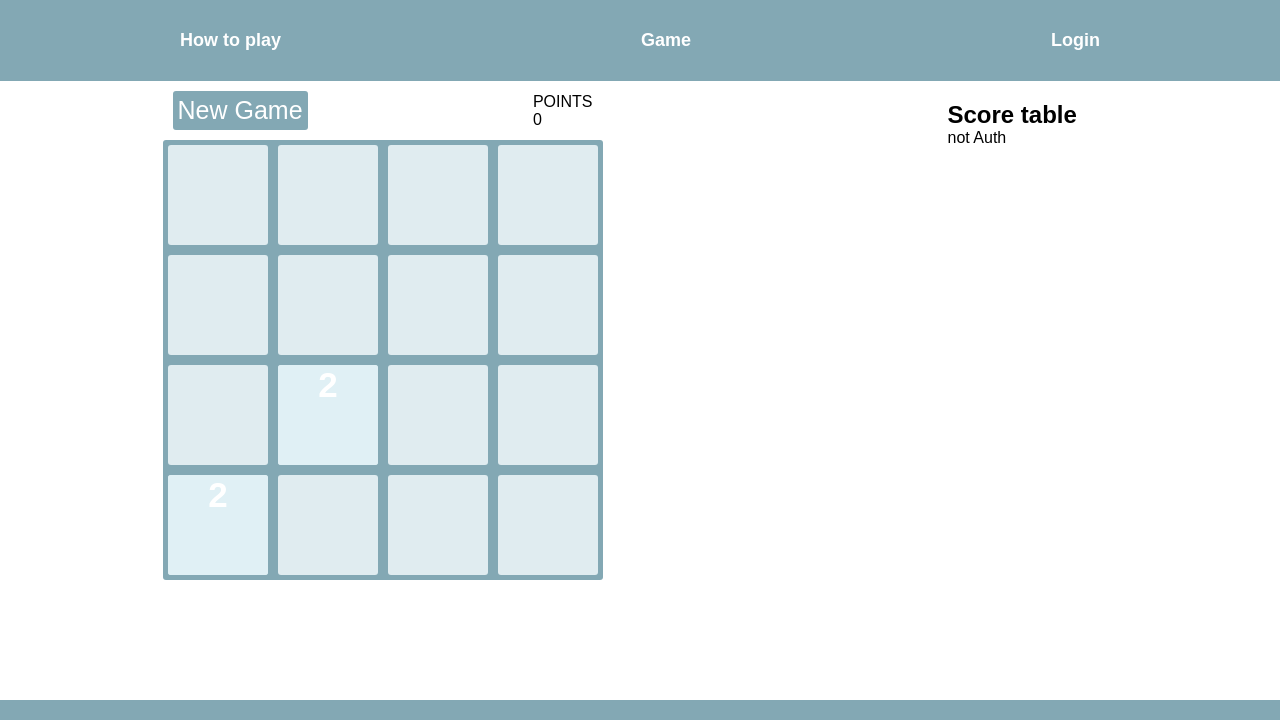
Repository: nika-otter/2048
Page: / (app in client/)
These files come from the project's save history. The page is drawn as it stood at one moment and after the next save; the edit follows.
The browser window is 1280 px wide. The pictures show the whole page.
The project was rebuilt for these pictures with package versions that can differ from the ones it lists, and the page was loaded fresh each time. Also part of the build but not shown: client/src/components/Login/LoginForm.js, client/src/pages/account/index.jsx, client/src/components/Game/GameOverlay.jsx, client/src/components/InstructionPage/InstructionPage.module.scss, client/src/components/HowToPlay/howtoplay.module.scss, client/src/components/HowToPlay/howtoplay.jsx, client/src/components/InstructionPage/InstructionPage.jsx, client/src/pages/Instruction/index.jsx and 4 more.

Above is the page before, as saved 2023-05-01 19:30:03.

### client/src/index.js
import React from "react";
import ReactDOM from "react-dom/client";
import "./index.css";
import App from "./App";
import { BrowserRouter } from "react-router-dom";
import Store from "./store/store";

const store = new Store();

export const Context = React.createContext({
  store,
});

const root = ReactDOM.createRoot(document.getElementById("root"));
root.render(
  <Context.Provider value={{ store }}>
    <BrowserRouter>
      <App />
    </BrowserRouter>
  </Context.Provider>
);

### client/src/index.css
* {
  box-sizing: border-box;
  margin: 0;
  padding: 0;
}
#root {
  width: 100vw;
  height: 100%;
}

body {
  /* background-color: #ffffff;
  display: flex;
  justify-content: center;
  align-items: center;*/
  /* height: 100vh; */
  height: 100%;
}
html {
  height: 100%;
}
code {
  font-family: source-code-pro, Menlo, Monaco, Consolas, "Courier New",
    monospace;
}

### client/src/App.js
import { useContext, useEffect, useState } from "react";
import "./App.css";
import LoginForm from "./components/Login/LoginForm";
import AppRouter from "./router/AppRouter";
import { Context } from "./index";
import { observer } from "mobx-react-lite";
import UserService from "./services/UserService";
function App() {
  // const { store } = useContext(Context);
  // const [users, setUsers] = useState([]);
  // useEffect(() => {
  //   if (localStorage.getItem("token")) {
  //     // console.log(localStorage.getItem("token"));
  //     store.checkAuth();
  //   }
  // }, []);

  // if (store.isLoading) {
  //   return <div>Loading...</div>;
  // }
  // async function getUsers() {
  //   try {
  //     const response = await UserService.fetchUsers();
  //     setUsers(response.data);
  //     console.log(response);
  //     setUsers(response.data);
  //   } catch {}
  // }
  return (
    <div className="App">
      <AppRouter />
      {/* <h1>{store.isAuth ? `User: ${store.user.email}` : "Not Auth"}</h1>
      <h1>
        {" "}
        {store.user.isActivated ? `Activated` : "Go and activate your email"}
      </h1>
      <button onClick={() => store.logout()}>Logout</button>
      <button onClick={getUsers}>Get users</button>
      {users.map((user) => (
        <div key={user.email}>{user.email}</div>
      ))}      */}
      {/* <LoginForm /> */}
    </div>
  );
}

export default observer(App);

### client/src/App.css
.App {
  /* position: relative; */
  display: flex;
  flex-direction: column;
  height: 100%;
  /* background-color: rgb(188, 121, 39); */
}
/* main {
  flex: 1 0 auto;
} */

### client/src/router/AppRouter.jsx
import { Routes, Route } from "react-router-dom";
import Account from "../pages/Account";
import Game from "../pages/Game";
import Instruction from "../pages/Instruction";
import Login from "../pages/Login";

const AppRouter = () => {
  return (
    <Routes>
      {/* <Route path="/game" element={<Game />} /> */}
      {/* <Route path="/account" element={<Account />} /> */}
      <Route path="/how-to-play" element={<Instruction />} />
      <Route path="/" element={<Game />} />
      <Route path="/login" element={<Login />} />
    </Routes>
  );
};

export default AppRouter;

### client/src/services/UserService.js
import $api from "../http";
export default class UserService {
  static fetchUsers() {
    return $api.get("/users");
  }

  static updateScore(email, score) {
    return $api.post(`/score`, { email, score });
  }

  static async getScores(email) {
    return $api.post(`/scores`, { email });
  }
}

### client/src/services/AuthService.js
import $api from "../http";
export default class AuthService {
  static async login(email, password) {
    return $api.post("/login", { email, password });
  }
  static async registration(email, password) {
    return $api.post("/registration", { email, password });
  }
  static async logout() {
    return $api.post("/logout");
  }
}

### client/src/http/index.js
import axios from "axios";

export const API_URL = "http://localhost:5000/api";

const $api = axios.create({
  withCredentials: true,
  baseURL: API_URL,
});

$api.interceptors.request.use((config) => {
  config.headers.Authorization = `Bearer ${localStorage.getItem("token")}`;
  return config;
});

$api.interceptors.response.use(
  (config) => {
    return config;
  },
  async (error) => {
    const originalRequest = error.config;
    if (
      error.response.status === 401 &&
      error.config &&
      !error.config._isRetry
    ) {
      originalRequest._isRetry = true;
      try {
        const response = await axios.get(`${API_URL}/refresh`, {
          withCredentials: true,
        });
        console.log(response, "response http");
        localStorage.setItem("token", response.data.accessToken);
        return $api.request(originalRequest);
      } catch (e) {
        console.log(e);
        console.log("НЕ АВТОРИЗОВАН");
      }
    }
    throw error;
  }
);
export default $api;

### client/src/pages/Game/index.jsx
import Header from "../../components/Header/Header";
import Footer from "../../components/Footer/Footer";
import GamePage from "../../components/GamePage/GamePage";

function Game() {
  return (
    <>
      <Header />
      <GamePage />
      <Footer />
    </>
  );
}

export default Game;

### client/src/components/Footer/Footer.jsx
import classes from "./Footer.module.scss";

function Footer() {
  return <footer className={classes.footer}></footer>;
}

export default Footer;

### client/src/components/Header/Header.jsx
import { Link } from "react-router-dom";
import classes from "./Header.module.scss";

function Header() {
  return (
    <header className={classes.header}>
      <Link className={classes.link} to="/how-to-play">
        How to play
      </Link>
      <Link className={classes.link} to="/">
        Game
      </Link>
      <Link className={classes.link} to="/login">
        Login
      </Link>
    </header>
  );
}

export default Header;

### client/src/components/GamePage/GamePage.jsx
import { Link } from "react-router-dom";
import classes from "./GamePage.module.scss";
import ScoreTable from "../ScoreTable/ScoreTable";
import BoardView from "../Game/Board";
import { observer } from "mobx-react-lite";
import { useContext, useEffect } from "react";
import { Context } from "../..";

function GamePage() {
  return (
    <main className={classes.main}>
      <div className={classes.gamepage}>
        <BoardView />
        <ScoreTable />
      </div>
    </main>
  );
}

export default observer(GamePage);

### client/src/components/Footer/Footer.module.scss
.footer {
  flex: 0 0 auto;
  height: 20px;
  background-color: rgb(131, 168, 180);
  width: 100%;
}

### client/src/components/Header/Header.module.scss
.header {
  display: flex;
  justify-content: space-around;
  background-color: #83a8b4;
  width: 100%;
}
.link {
  color: white;
  text-decoration: none;
  font-size: large;
  margin-top: 20px;
  margin-bottom: 20px;
  padding: 10px;
  font-weight: bold;
  border-radius: 5px;
  &:hover {
    color: rgb(106, 134, 144);
    background-color: rgb(255, 255, 255);
  }
}

### client/src/components/GamePage/GamePage.module.scss
.gamepage {
  display: flex;
  justify-content: space-around;
  //   background-color: aquamarine;
}
.main {
  flex: 1 0 auto;
}

### client/src/components/ScoreTable/ScoreTable.jsx
import { useContext, useEffect, useState } from "react";
import classes from "./ScoreTable.module.scss";
import { Context } from "../..";
import UserService from "../../services/UserService";
import { observer } from "mobx-react-lite";

function ScoreTable() {
  // const { store } = useContext(Context);
  // const [scores, setScores] = useState([]);

  // useEffect(() => {
  //   if (localStorage.getItem("token")) {
  //     console.log(localStorage.getItem("token"), "token from login index.jsx");
  //     store.checkAuth();
  //     getScores(store.user.email);
  //   }
  //   console.log(store.user.email, "store.user.email in ScoreTable.jsx");
  // }, []);

  // const getScores = async (email) => {
  //   console.log(email, "email in ScoreTable.jsx");
  //   try {
  //     const response = await UserService.getScores(email);
  //     setScores(response.data.scores, "response from getScores ScoreTable.jsx");
  //     console.log(response);
  //   } catch {
  //     console.log("Error");
  //   }
  // };
  // console.log(scores, "store.user in ScoreTable.jsx");

  const { store } = useContext(Context);
  // const [scores, setScores] = useState([]);
  // console.log(store.user.scores, "store.user from login index.jsx");
  useEffect(() => {
    if (localStorage.getItem("token")) {
      console.log(localStorage.getItem("token"), "token from login index.jsx");
      store.checkAuth();
    }
    console.log(store.user.email, "store.user.email in ScoreTable.jsx");
    // getScores(store.user.email);
  }, [store]);

  // async function getScores(email) {
  //   console.log(email, "email from getScores");
  //   try {
  //     const response = await UserService.getScores(email);
  //     // setUsers(response.data);
  //     console.log(response, "response from getScores");
  //     // console.log(response.data.data.user.scores, "response.data.user.scores");
  //     // setScores(response.data.scores);
  //   } catch (e) {
  //     console.log(e, "Error");
  //   }
  // }
  if (store.isLoading) {
    console.log(store.isLoading, "store.isLoading");
    return <div className={classes.loading}>Loading...</div>;
  }
  return (
    <div className={classes.scoretable}>
      <h2>Score table</h2>
      {/* <button onClick={() => getScores(store.user.email)}>Get scores</button> */}
      {/* {store.isAuth ? (
        scores.map((score) => <div key={score}>{score}</div>)
      ) : (
        <div>loading</div>
      )} */}
      <ul>
        {store.isAuth ? (
          store.user.scores
            .map((score) => ({
              score,
              id: Math.random(),
            }))
            .sort((a, b) => b.score - a.score)
            .slice(0, 10)
            .map((item) => <li key={item.id}>{item.score}</li>)
        ) : (
          <div>not Auth</div>
        )}
      </ul>

      {/* <button onClick={getScores}>dddmdmd</button> */}

      {/* {scores.map((score) => (
        <div>{score}</div>
      ))} */}
    </div>
  );
}

export default observer(ScoreTable);

### client/src/components/Game/Board.jsx
import React, { useContext, useEffect, useState } from "react";
import Tile from "./Tile";
import Cell from "./Cell";
import { Board } from "../../helper";
import useEvent from "../../hooks/useEvent";
import GameOverlay from "./GameOverlay";
import "./Board.scss";
import { Context } from "../..";
import UserService from "../../services/UserService";
const BoardView = () => {
  const { store } = useContext(Context);
  const [board, setBoard] = useState(new Board());

  // useEffect(() => {
  //   const checkAuth = async () => {
  //     if (localStorage.getItem("token")) {
  //       console.log(localStorage.getItem("token"), "token from login index.jsx");
  //       await store.checkAuth();
  //     }
  //   };
  //   checkAuth();
  //   console.log(store.user.email, "store.user.email in ScoreTable.jsx");
  //   // getScores(store.user.email);
  // }, [resetGame]);

  const handleKeyDown = (event) => {
    if (board.hasWon()) {
      console.log("You won!");
      return;
    } //потім вернути треба

    if (event.keyCode >= 37 && event.keyCode <= 40) {
      let direction = event.keyCode - 37;
      let boardClone = Object.assign(Object.create(board), board);
      // let boardClone = Object.assign(
      //   Object.create(Object.getPrototypeOf(board)),
      //   board
      // ); // теж саме що і вище
      let newBoard = boardClone.move(direction);
      setBoard(newBoard);
    }
  };

  useEvent("keydown", handleKeyDown);

  const cells = board.cells.map((row, rowIndex) => {
    return (
      <div key={rowIndex}>
        {row.map((col, colIndex) => {
          return <Cell key={rowIndex * board.size + colIndex} />;
        })}
      </div>
    );
  }); //робить клітинки нічого серйозного

  const tiles = board.tiles
    .filter((tile) => tile.value !== 0)
    .map((tile, index) => {
      return <Tile tile={tile} key={index} />;
    });

  const saveScore = async (email, score) => {
    try {
      const response = await UserService.updateScore(email, score);
      console.log(response, "response from saveScore ");
    } catch {
      console.log("Error");
    }
  };
  const resetGame = async () => {
    console.log(
      store.user.email,
      board.score,
      "store.user.email board.score from BoardView.jsx"
    );
    if (board.score > 0) {
      await saveScore(store.user.email, board.score);
      store.checkAuth();
    }
    setBoard(new Board());
  };

  return (
    <div>
      <div className="details-box">
        <div className="resetButton" onClick={resetGame}>
          New Game
        </div>
        <div className="score-box">
          <div className="score-header">POINTS</div>
          <div>{board.score}</div>
        </div>
      </div>
      <div className="board">
        {cells}
        {tiles}
        <GameOverlay onRestart={resetGame} board={board} />
      </div>
    </div>
  );
};

export default BoardView;

### client/src/components/ScoreTable/ScoreTable.module.scss
.scoretable {
  margin: 20px;
  width: 150px;
}
.loading {
  width: 150px;
  margin: 20px;
}

### client/src/components/Game/Tile.jsx
import React from "react";
// import classes from "./Board.scss";
import "./Board.scss";
// import "./styles.scss";

const Tile = ({ tile, id }) => {
  console.log("tile");
  let classArray = ["tile"];
  classArray.push("tile" + tile.value);
  if (!tile.mergedInto) {
    classArray.push(`position_${tile.row}_${tile.column}`);
  }
  if (tile.mergedInto) {
    classArray.push("merged");
  }
  if (tile.isNew()) {
    classArray.push("new");
  }

  if (tile.hasMoved()) {
    classArray.push(`row_from_${tile.fromRow()}_to_${tile.toRow()}`);
    classArray.push(`column_from_${tile.fromColumn()}_to_${tile.toColumn()}`);
    classArray.push("isMoving");
  }
  //   if (tile.isRandom()) {
  //     classArray.push("random");
  //   }

  let styles = classArray.join(" ");
  return <span className={styles}>{tile.value}</span>;
};

export default Tile;

### client/src/components/Game/Cell.jsx
import React from "react";

const Cell = ({ id }) => {
  return <span className="cell"></span>;
};

export default Cell;

### client/src/hooks/useEvent.jsx
import { useEffect } from "react";

export default function useEvent(event, handler, passive = false) {
  useEffect(() => {
    window.addEventListener(event, handler, passive);

    return function cleanUp() {
      window.removeEventListener(event, handler, passive);
    };
  });
}

### client/src/components/Game/Board.scss
// @font-face {
//   font-family: "Clear Sans";
//   src: url("../src/clear-sans.ttf") format("truetype");
// }

body {
  display: flex;
  //   background: rgb(2,0,36);
  // background: linear-gradient(90deg, rgba(2,0,36,1) 0%, rgba(87,64,124,1) 47%, rgba(0,212,255,1) 100%);
  //   color: white;
  // flex-direction: column;
  // justify-content: center;
  // align-content: center;
  // align-items: center;
  font-family: "Clear Sans", sans-serif;
  // font-size: 21px;
}

.text {
  // order: 2;
  // padding-top: 40px;
  // width: 440px;
  // font-weight: bold;
}
// main {
//   min-height: 90vh;
// }

// .wrapper {
//   display: flex;
//   flex-direction: column;
//   height: 100%;
// }
// .content {
//   flex: 1 0 auto;
// }
// .footer {
//   flex: 0 0 auto;
// }

.board {
  // order: 1;
  // display: inline-block;

  display: block;
  // justify-content: center;
  margin-left: auto;
  margin-right: auto;
  width: 440px;
  height: 440px;
  // padding: 5px; //вернути треба
  background-color: rgb(131, 168, 180);
  border-radius: 3px;
  // outline: none;
  position: relative;
}

// .board .cell,
// .tile {
//   // user-select: none;
//   // cursor: default;
// }

.details-box {
  display: flex;
  align-items: center;
  padding: 10px;
  justify-content: space-between;
}

.resetButton {
  background-color: rgb(131, 168, 180);
  color: rgb(255, 255, 255);
  cursor: pointer;
  font-size: 25px;
  padding: 5px;
  border-radius: 3px;
  transition: color 0.3s ease, background-color 0.3s ease;
  &:hover {
    background-color: rgb(131, 168, 180);
    color: rgba(255, 255, 255, 1);
  }
}

.score-header {
  font-size: 1rem;
}

.score-box {
  background-color: rgb(131, 168, 180) 6;
  color: rgb(0, 0, 0);
  // min-width: 50px;
  // width: 70px;
  // padding: 5px 15px;
  border-radius: 3px;
}

.cell,
.tile {
  // display: inline-block;
  width: 100px;
  height: 100px;
  margin: 5px;
  // line-height: 90px;
  display: inline-block;
  font-size: 35px;
  font-weight: bold;
  text-align: center;
  vertical-align: middle;
  border-radius: 3px;
  // font-family: "Clear Sans";

  background-color: rgb(224, 236, 240);
}

.tile {
  color: rgb(255, 255, 255);
  background-color: aquamarine;
}

.tile0 {
  background-color: rgb(238, 247, 249);
}

.tile2 {
  background-color: rgb(224, 240, 245);
  // background-image: url(./assets/img/2.gif);
}

.tile4 {
  background-color: rgb(199, 221, 228);
  // background-image: url(./assets/img/4.gif);
}

.tile8 {
  background-color: rgb(187, 212, 220);
  // background-image: url(./assets/img/8.gif);
}

.tile16 {
  background-color: rgb(171, 195, 203);
  // background-image: url(./assets/img/16.gif);
}

.tile32 {
  background-color: rgb(140, 165, 174);
  // background-image: url(./assets/img/32.gif);
}

.tile64 {
  background-color: rgb(116, 144, 153);
  // background-image: url(./assets/img/64.gif);
}

.tile128 {
  background-color: rgb(98, 125, 134);
  // background-image: url(./assets/img/128.gif);
}

.tile256 {
  background-color: rgb(71, 91, 98);
  // background-image: url(./assets/img/256.gif);
  // font-size: 45px;
}

.tile512 {
  background-color: rgb(45, 68, 75);
  // background-image: url(./assets/img/512.gif);
  // font-size: 45px;
}

.tile1024 {
  background-color: rgb(40, 68, 78);
  // background-image: url(./assets/img/1024.gif);
  // font-size: 35px;
}

.tile2048 {
  position: absolute;
  background-size: contain;
  left: 0;
  right: 0;
  top: 0;
  bottom: 0;
  padding: 0px;
  background-color: rgb(12, 42, 52);
  // background-image: url(./assets/img/2048.gif);
  // font-size: 35px;
}

// .try-again {
//   z-index: 10;
//   height: 100px;
//   width: 100px;
//   // background-image: url(./assets/img/try-again.gif);
// }

.tile {
  position: absolute;
}

.tile.merged {
  display: none;
}

// .tile.merged.isMoving {
//   display: inline;
// }

.tile.new {
  animation-duration: 0.3s;
  animation-name: newTile;
  animation-fill-mode: forwards;
  // animation-delay: 0.15s;
  transform: scale(0);
}
// .tile.random {
//   animation-duration: 3s;
//   animation-name: newTile;
//   animation-fill-mode: forwards;
//   // animation-delay: 0.15s;
//   transform: scale(0);
// }

@keyframes newTile {
  from {
    transform: scale(0);
  }
  to {
    transform: scale(1);
  }
}

// .overlay {
//   position: absolute;
//   top: 0px;
//   bottom: 0px;
//   display: flex;
//   flex-direction: column;
//   align-items: center;
//   justify-content: center;
//   text-align: center;
//   left: 0px;
//   right: 0px;
//   font-size: 55px;
//   font-weight: bolder;
//   border-radius: 7px;
// }

// .tryAgain {
//   background-color: #876;
//   color: #fff;
//   height: 40px;
//   width: 200px;
//   font-size: 20px;
//   font-weight: bold;
//   cursor: pointer;
//   border: none;
//   border-radius: 5px;
//   border: 2px solid white;
// }

// .gameOver {
//   background-size: contain;
//   background-image: url(./assets/img/game-over.gif);
//   position: absolute;
//   top: 0;
//   right: 0;
//   bottom: 0;
//   left: 0;
//   z-index: 100;
//   text-align: center;
// }

.overlay .message {
  color: #666;
}

@for $row from 0 through 3 {
  @for $column from 0 through 3 {
    .position_#{$row}_#{$column}:not(.isMoving) {
      top: 110px * $row;
      left: 110px * $column;
    }
  }
}

@for $fromRow from 0 through 3 {
  @for $toRow from 0 through 3 {
    $name: row_from_#{$fromRow}_to_#{$toRow};

    @if $fromRow == $toRow {
      .#{$name} {
        top: 110px * $toRow;
      }
    } @else {
      .#{$name} {
        animation-duration: 0.2s;
        animation-name: $name;
        animation-fill-mode: forwards;
      }

      @keyframes #{$name} {
        from {
          top: 110px * $fromRow;
        }
        to {
          top: 110px * $toRow;
        }
      }
    }
  }
}

@for $fromColumn from 0 through 3 {
  @for $toColumn from 0 through 3 {
    $name: column_from_#{$fromColumn}_to_#{$toColumn};

    @if $fromColumn == $toColumn {
      .#{$name} {
        left: 110px * $toColumn;
      }
    } @else {
      .#{$name} {
        animation-duration: 0.2s;
        animation-name: $name;
        animation-fill-mode: forwards;
      }

      @keyframes #{$name} {
        from {
          left: 110px * $fromColumn;
        }
        to {
          left: 110px * $toColumn;
        }
      }
    }
  }
}

Loaded but not shown: client/public/index.html (common file); client/src/helper/index.js (231 lines, source omitted); client/src/store/store.js (113 lines, source omitted)

After the next save:
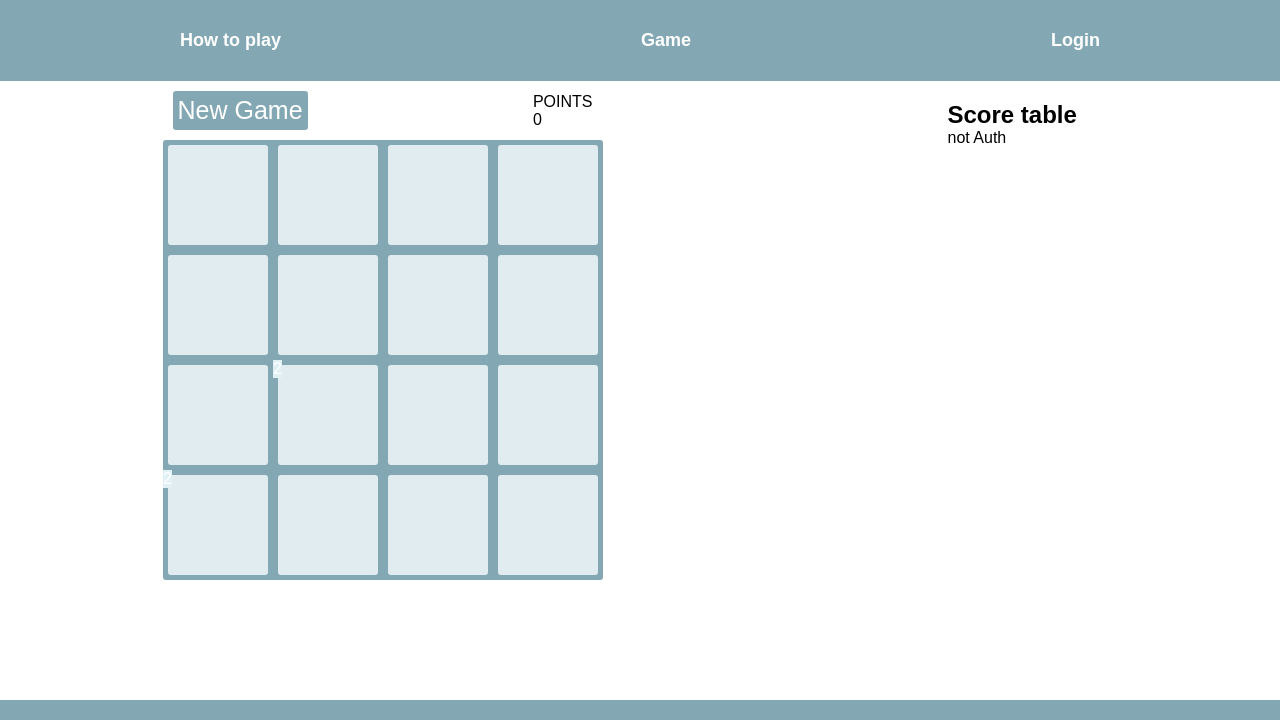
Saved 2 min 49 s later.
--- a/client/src/components/Game/Board.scss
+++ b/client/src/components/Game/Board.scss
@@ -95,8 +95,7 @@
   border-radius: 3px;
 }
 
-.cell,
-.tile {
+.cell {
   // display: inline-block;
   width: 100px;
   height: 100px;

After the save that followed:
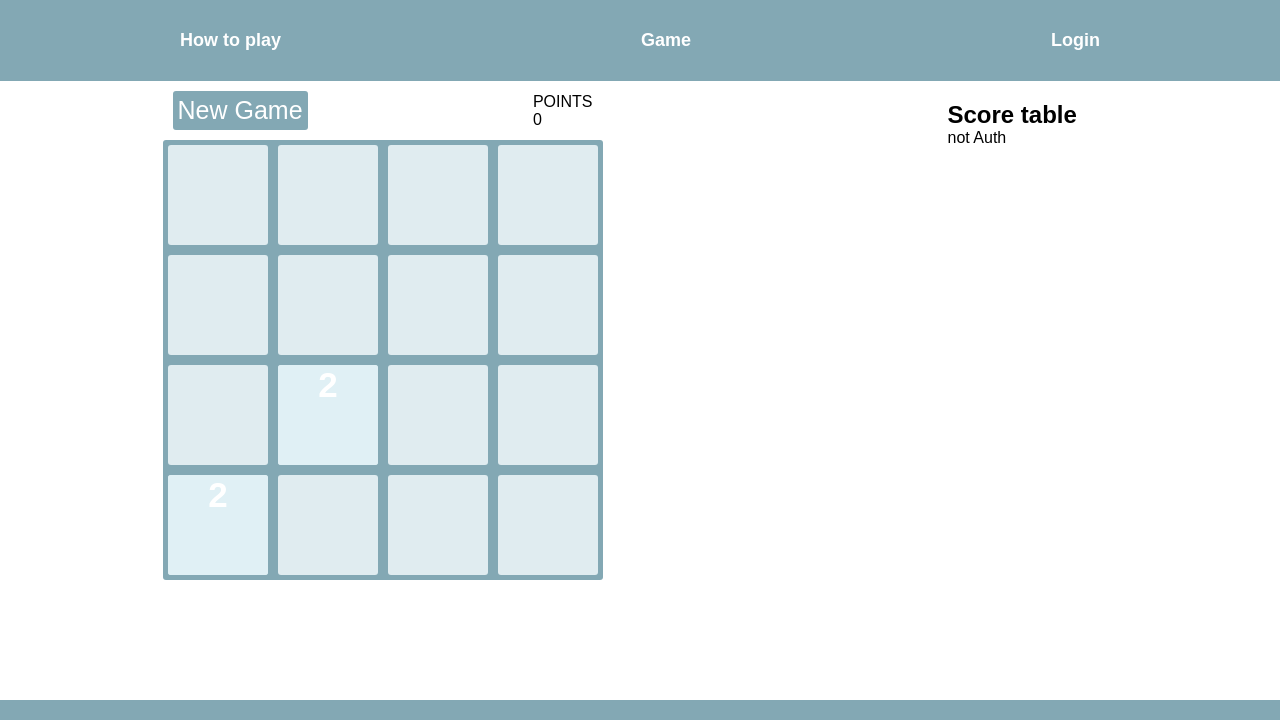
Saved 19 s later.
--- a/client/src/components/Game/Board.scss
+++ b/client/src/components/Game/Board.scss
@@ -115,6 +115,17 @@
 .tile {
   color: rgb(255, 255, 255);
   background-color: aquamarine;
+  width: 100px;
+  height: 100px;
+  margin: 5px;
+  // line-height: 90px;
+  display: inline-block;
+  font-size: 35px;
+  font-weight: bold;
+  text-align: center;
+  vertical-align: middle;
+  border-radius: 3px;
+  // font-family: "Clear Sans";
 }
 
 .tile0 {
